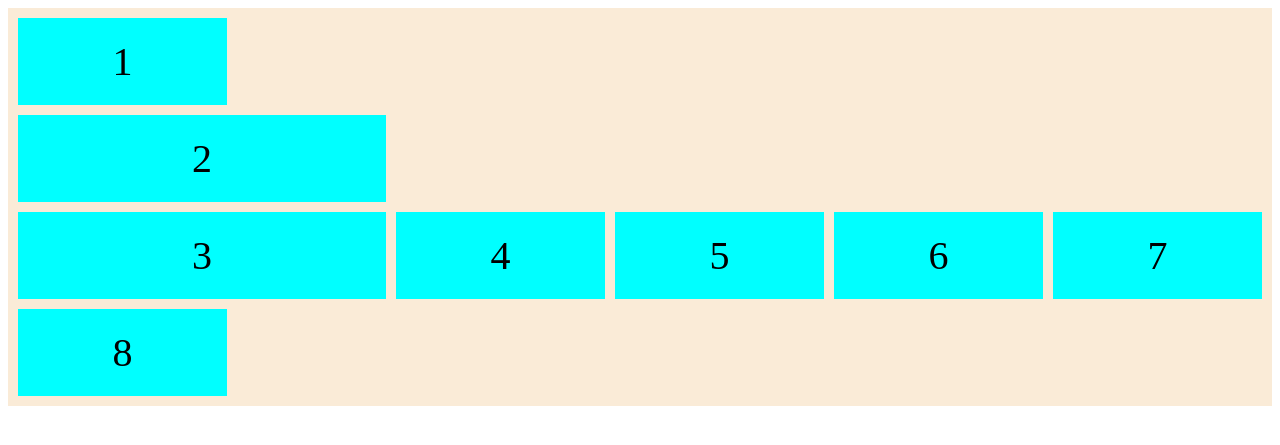
Repository: Thonghehe/Lab1_WEB106
Page: index11.html
An editor plug-in stored every save of this project. The page is shown before and after the next save, followed by the edit.
The browser window is 1280 px wide. The pictures show the whole page.

Above is the page before, as saved 2024-03-05 18:06:49.

After the next save:
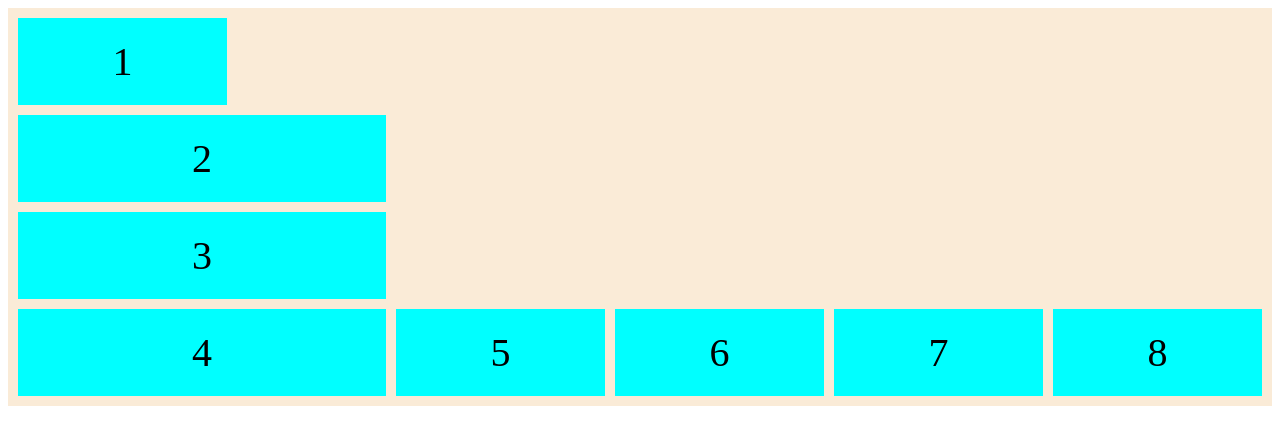
Saved 4 s later.
--- a/style.css
+++ b/style.css
@@ -18,6 +18,6 @@
 .item2,
 
 .item3,
-item4 {
+.item4 {
     grid-column: 1/3;
 }
